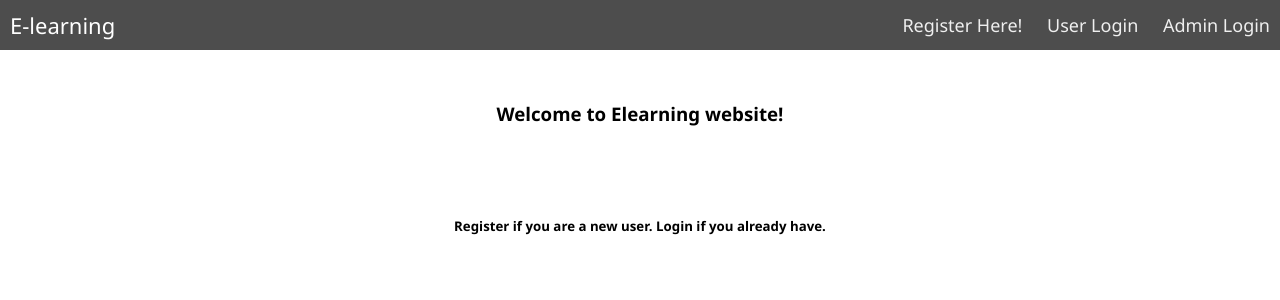
Repository: hemanthchallacs/learning_spring_boot
Page: http://localhost/welcome
The author's editor kept a copy of each file at every save. The page is drawn from the files as they stood at one save, then again after the next save.
The browser window is 1280 px wide. The pictures show the whole page.
The page is this project's Thymeleaf template; nobody is signed in. The template is opened directly, without the code that normally fills it, so the values that code supplies are empty.

Above is the page before, as saved 2021-07-12 17:14:50.

### ver1_elearning/src/main/resources/templates/welcome.html
<!DOCTYPE html>
<html xmlns:th="http://www.thymeleaf.org">
<head >
<meta charset="ISO-8859-1">
<title></title>
<style type="text/css">
* {
  box-sizing: border-box;
}

body {
  margin: 0px;
  font-family: 'segoe ui';
}

.nav {
  height: 50px;
  width: 100%;
  background-color: #4d4d4d;
  position: relative;
}

.nav > .nav-header {
  display: inline;
}

.nav > .nav-header > .nav-title {
  display: inline-block;
  font-size: 22px;
  color: #fff;
  padding: 10px 10px 10px 10px;
}

.nav > .nav-btn {
  display: none;
}

.nav > .nav-links {
  display: inline;
  float: right;
  font-size: 18px;
}

.nav > .nav-links > a {
  display: inline-block;
  padding: 13px 10px 13px 10px;
  text-decoration: none;
  color: #efefef;
}

.nav > .nav-links > a:hover {
  background-color: rgba(0, 0, 0, 0.3);
}

.nav > #nav-check {
  display: none;
}

@media (max-width:600px) {
  .nav > .nav-btn {
    display: inline-block;
    position: absolute;
    right: 0px;
    top: 0px;
  }
  .nav > .nav-btn > label {
    display: inline-block;
    width: 50px;
    height: 50px;
    padding: 13px;
  }
  .nav > .nav-btn > label:hover,.nav  #nav-check:checked ~ .nav-btn > label {
    background-color: rgba(0, 0, 0, 0.3);
  }
  .nav > .nav-btn > label > span {
    display: block;
    width: 25px;
    height: 10px;
    border-top: 2px solid #eee;
  }
  .nav > .nav-links {
    position: absolute;
    display: block;
    width: 100%;
    background-color: #333;
    height: 0px;
    transition: all 0.3s ease-in;
    overflow-y: hidden;
    top: 50px;
    left: 0px;
  }
  .nav > .nav-links > a {
    display: block;
    width: 100%;
  }
  .nav > #nav-check:not(:checked) ~ .nav-links {
    height: 0px;
  }
  .nav > #nav-check:checked ~ .nav-links {
    height: calc(100vh - 50px);
    overflow-y: auto;
  }
}</style>
</head>
<body>
<div class="nav">
  <input type="checkbox" id="nav-check">
  <div class="nav-header">
    <div class="nav-title">
      E-learning
    </div>
  </div>
  <div class="nav-btn">
    <label for="nav-check">
      <span></span>
      <span></span>
      <span></span>
    </label>
  </div>

  <div class="nav-links">
   <a th:href=@{/RegistrationForm}>Register Here!</a>
	<a th:href=@{/login}>User Login</a>
	<a th:href=@{/adminlogin}>Admin Login</a>

  </div>
</div>
<div style = "text-align: center;
vertical-align: middle;
line-height: 90px;    ">
<h3>Welcome to Elearning website!</h3>
<h5>Register if you are a new user. Login if you already have.</h5>
</div>


</body>
</html>

After the next save:
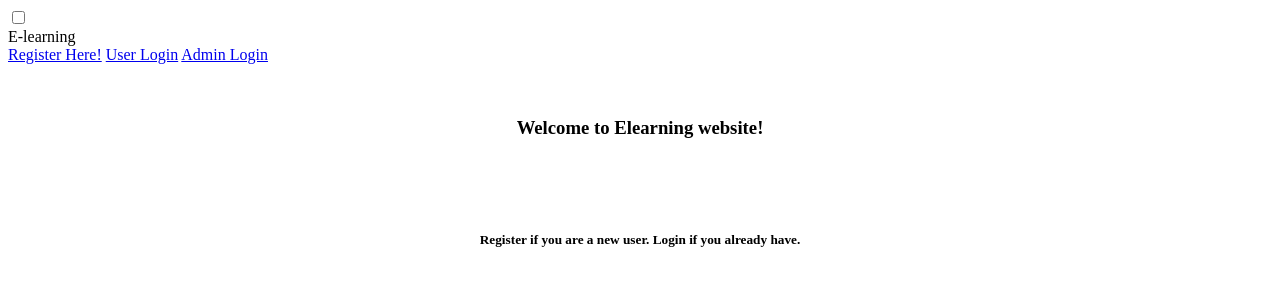
Saved 29 s later.
--- a/ver1_elearning/src/main/resources/templates/welcome.html
+++ b/ver1_elearning/src/main/resources/templates/welcome.html
@@ -4,103 +4,7 @@
 <meta charset="ISO-8859-1">
 <title></title>
 <style type="text/css">
-* {
-  box-sizing: border-box;
-}
-
-body {
-  margin: 0px;
-  font-family: 'segoe ui';
-}
-
-.nav {
-  height: 50px;
-  width: 100%;
-  background-color: #4d4d4d;
-  position: relative;
-}
-
-.nav > .nav-header {
-  display: inline;
-}
-
-.nav > .nav-header > .nav-title {
-  display: inline-block;
-  font-size: 22px;
-  color: #fff;
-  padding: 10px 10px 10px 10px;
-}
-
-.nav > .nav-btn {
-  display: none;
-}
-
-.nav > .nav-links {
-  display: inline;
-  float: right;
-  font-size: 18px;
-}
-
-.nav > .nav-links > a {
-  display: inline-block;
-  padding: 13px 10px 13px 10px;
-  text-decoration: none;
-  color: #efefef;
-}
-
-.nav > .nav-links > a:hover {
-  background-color: rgba(0, 0, 0, 0.3);
-}
-
-.nav > #nav-check {
-  display: none;
-}
-
-@media (max-width:600px) {
-  .nav > .nav-btn {
-    display: inline-block;
-    position: absolute;
-    right: 0px;
-    top: 0px;
-  }
-  .nav > .nav-btn > label {
-    display: inline-block;
-    width: 50px;
-    height: 50px;
-    padding: 13px;
-  }
-  .nav > .nav-btn > label:hover,.nav  #nav-check:checked ~ .nav-btn > label {
-    background-color: rgba(0, 0, 0, 0.3);
-  }
-  .nav > .nav-btn > label > span {
-    display: block;
-    width: 25px;
-    height: 10px;
-    border-top: 2px solid #eee;
-  }
-  .nav > .nav-links {
-    position: absolute;
-    display: block;
-    width: 100%;
-    background-color: #333;
-    height: 0px;
-    transition: all 0.3s ease-in;
-    overflow-y: hidden;
-    top: 50px;
-    left: 0px;
-  }
-  .nav > .nav-links > a {
-    display: block;
-    width: 100%;
-  }
-  .nav > #nav-check:not(:checked) ~ .nav-links {
-    height: 0px;
-  }
-  .nav > #nav-check:checked ~ .nav-links {
-    height: calc(100vh - 50px);
-    overflow-y: auto;
-  }
-}</style>
+*</style>
 </head>
 <body>
 <div class="nav">

After the save that followed:
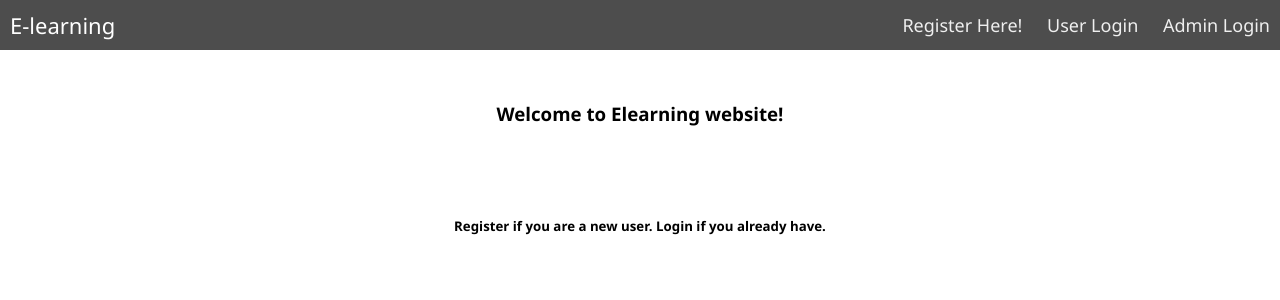
Saved 45 s later.
--- a/ver1_elearning/src/main/resources/templates/welcome.html
+++ b/ver1_elearning/src/main/resources/templates/welcome.html
@@ -4,7 +4,103 @@
 <meta charset="ISO-8859-1">
 <title></title>
 <style type="text/css">
-*</style>
+* {
+  box-sizing: border-box;
+}
+
+body {
+  margin: 0px;
+  font-family: 'segoe ui';
+}
+
+.nav {
+  height: 50px;
+  width: 100%;
+  background-color: #4d4d4d;
+  position: relative;
+}
+
+.nav > .nav-header {
+  display: inline;
+}
+
+.nav > .nav-header > .nav-title {
+  display: inline-block;
+  font-size: 22px;
+  color: #fff;
+  padding: 10px 10px 10px 10px;
+}
+
+.nav > .nav-btn {
+  display: none;
+}
+
+.nav > .nav-links {
+  display: inline;
+  float: right;
+  font-size: 18px;
+}
+
+.nav > .nav-links > a {
+  display: inline-block;
+  padding: 13px 10px 13px 10px;
+  text-decoration: none;
+  color: #efefef;
+}
+
+.nav > .nav-links > a:hover {
+  background-color: rgba(0, 0, 0, 0.3);
+}
+
+.nav > #nav-check {
+  display: none;
+}
+
+@media (max-width:600px) {
+  .nav > .nav-btn {
+    display: inline-block;
+    position: absolute;
+    right: 0px;
+    top: 0px;
+  }
+  .nav > .nav-btn > label {
+    display: inline-block;
+    width: 50px;
+    height: 50px;
+    padding: 13px;
+  }
+  .nav > .nav-btn > label:hover,.nav  #nav-check:checked ~ .nav-btn > label {
+    background-color: rgba(0, 0, 0, 0.3);
+  }
+  .nav > .nav-btn > label > span {
+    display: block;
+    width: 25px;
+    height: 10px;
+    border-top: 2px solid #eee;
+  }
+  .nav > .nav-links {
+    position: absolute;
+    display: block;
+    width: 100%;
+    background-color: #333;
+    height: 0px;
+    transition: all 0.3s ease-in;
+    overflow-y: hidden;
+    top: 50px;
+    left: 0px;
+  }
+  .nav > .nav-links > a {
+    display: block;
+    width: 100%;
+  }
+  .nav > #nav-check:not(:checked) ~ .nav-links {
+    height: 0px;
+  }
+  .nav > #nav-check:checked ~ .nav-links {
+    height: calc(100vh - 50px);
+    overflow-y: auto;
+  }
+}</style>
 </head>
 <body>
 <div class="nav">
